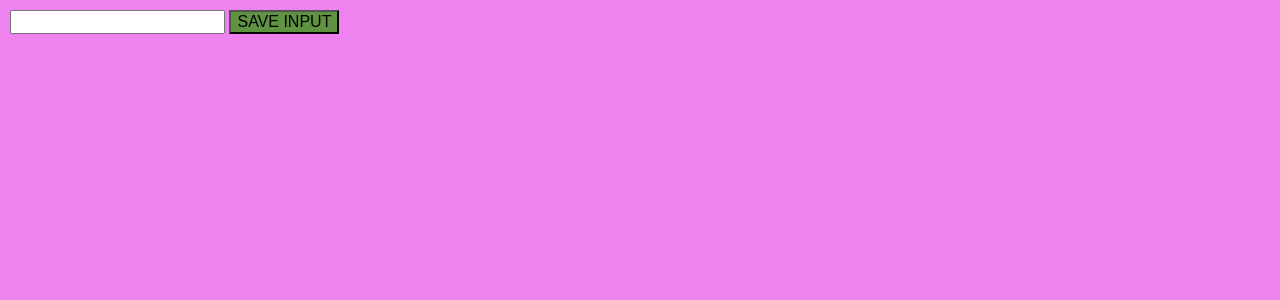
Repository: jt010051/chromeExtension
Page: index.html
An editor plug-in stored every save of this project. The page is shown before and after the next save, followed by the edit.
The browser window is 1280 px wide. The pictures show the whole page.

Above is the page before, as saved 2022-02-27 17:09:32.
Not found: index.js

### index.css
body {
    margin: 0;
    padding: 10px;
    font-family: Arial, Helvetica, sans-serif;
background-color: violet;}




input {
    color: #5f9341;
}

button {
   background-color: #5f9341;
}

Loaded but not shown: index.html (common file)

After the next save:
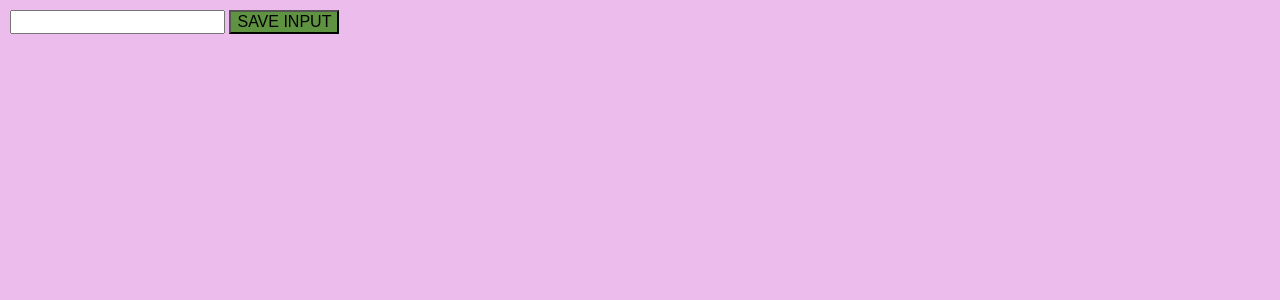
Saved 18 s later.
--- a/index.css
+++ b/index.css
@@ -2,7 +2,7 @@ body {
     margin: 0;
     padding: 10px;
     font-family: Arial, Helvetica, sans-serif;
-background-color: violet;}
+background-color: rgb(236, 188, 236);}
 
 
 
